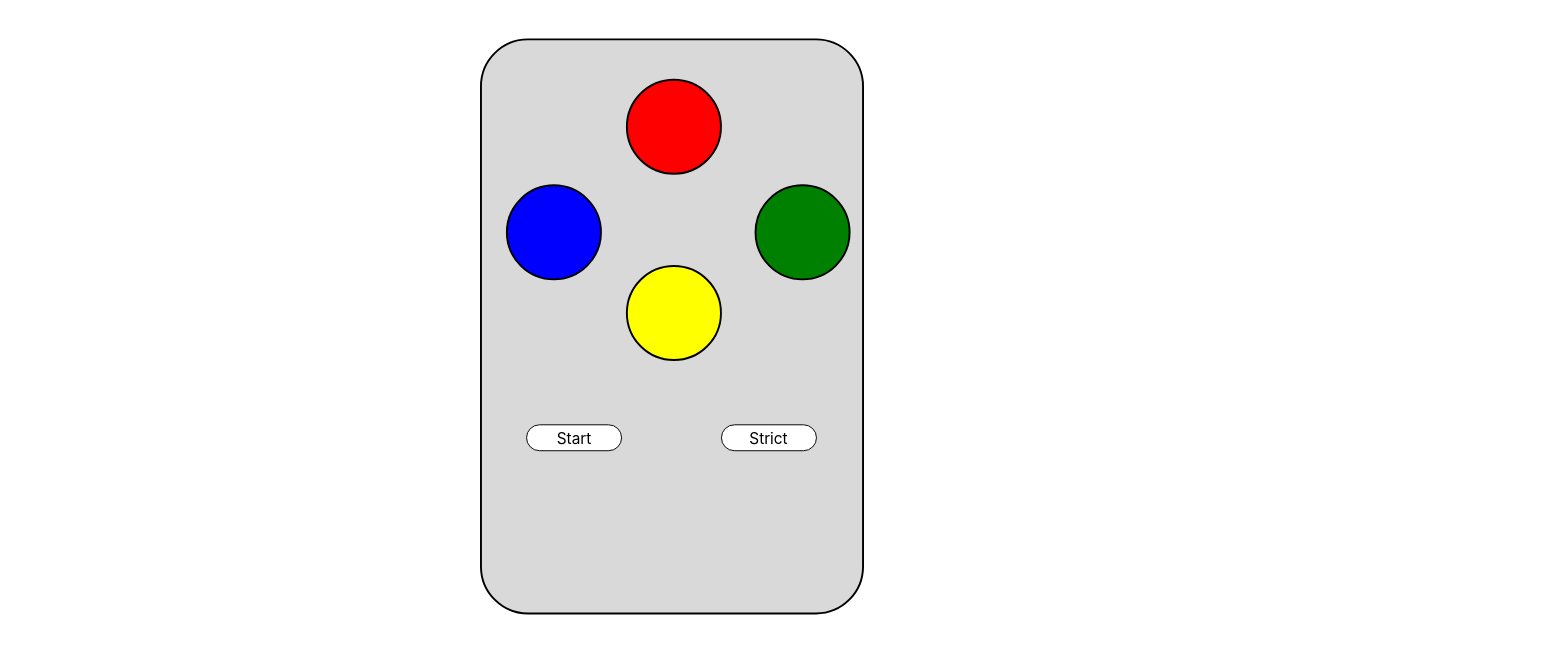
Repository: Code-Institute-Submissions/The-Simon-Game
Page: index.html
The author's editor kept a record of every edit. The page is drawn from the files as they stood at one moment, then again after the next edit.
The browser window is 1280 px wide. The page is 1627 px wide, so the pictures cover 1627 px, including what lies to the right of the window. The pictures show the whole page, at 96% of full size.

Above is the page before.

After the next edit:
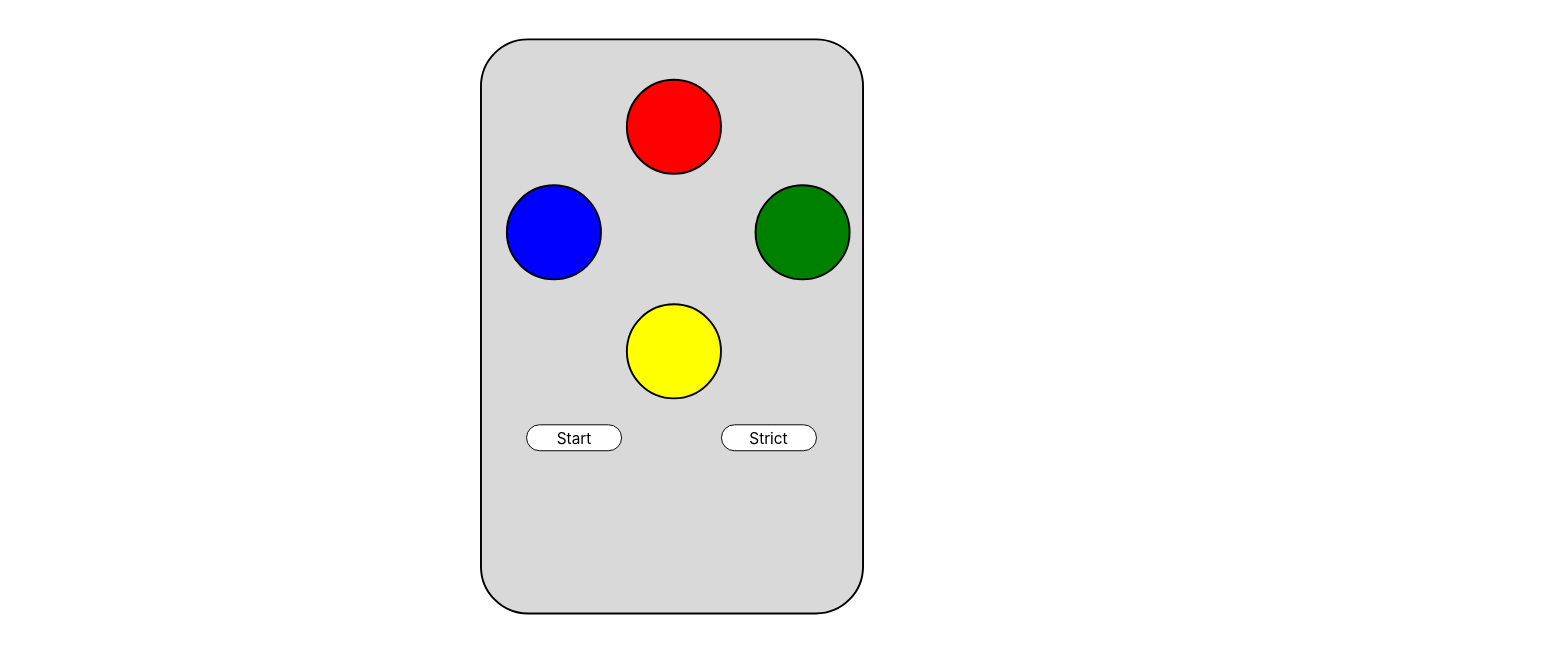
The edit:
--- a/index.html
+++ b/index.html
@@ -20,8 +20,8 @@
                     <div class="blue"></div>
                 </div>
                 <div class="column col-4 col-sm-4">
-                    <div class="red"></div>
-                    <div class="yellow"></div>
+                    <button class="red"></button>
+                    <button class="yellow"></button>
                 </div>
                 <div class="column col-4 col-sm-4">
                     <button class="green"></button>
